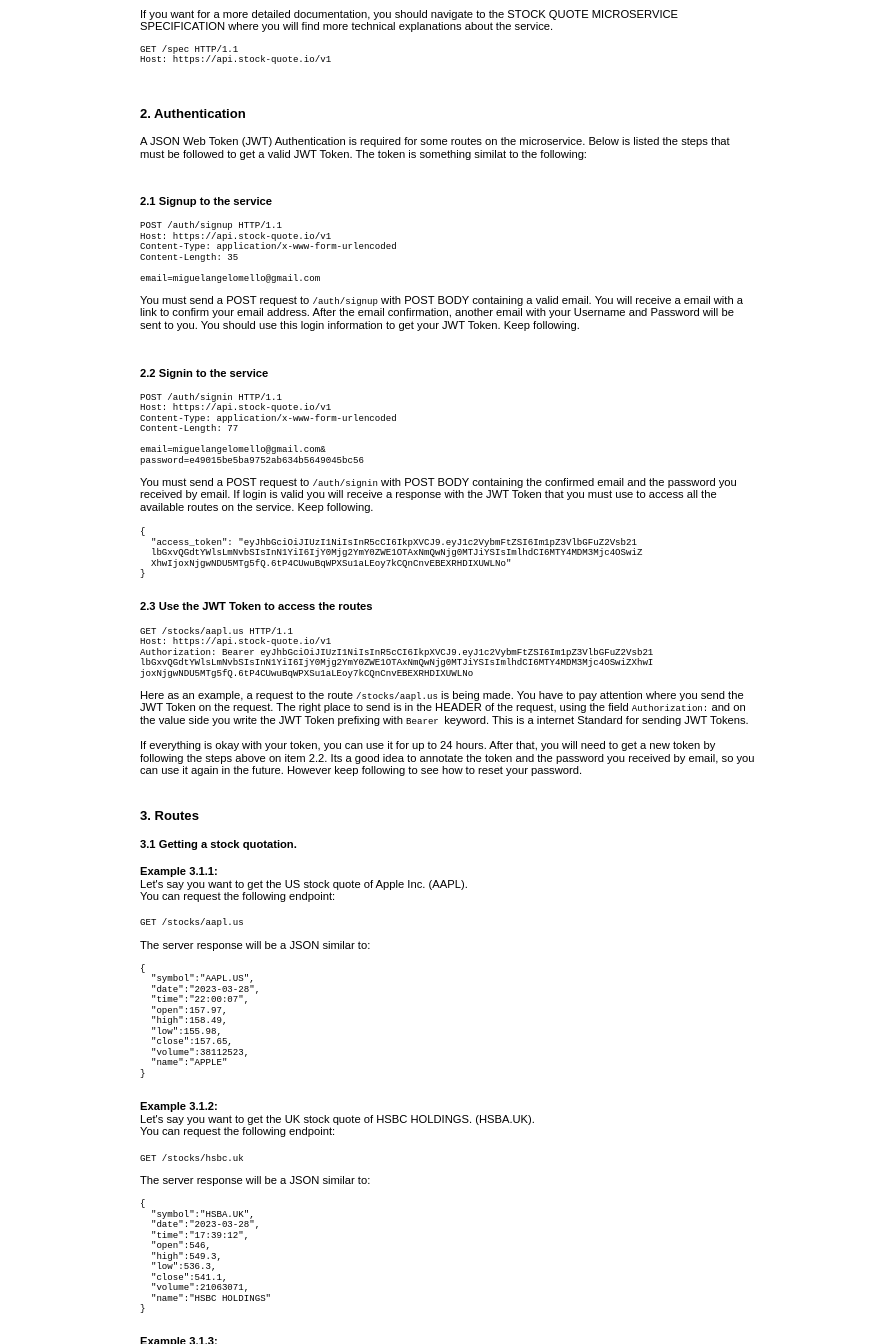
Repository: miguelamello/nest-js
Page: stock-service/documentation.html
An editor plug-in stored every save of this project. The page is shown before and after a run of saves, followed by the edit.
The browser window is 1280 px wide. The pictures show the part of the page from y = 310 to 2230 px (the page is 3294 px tall before and 3364 px after), at 70% of full size.

Above is the page before, as saved 2023-04-02 20:41:54.

### stock-service/documentation.html
<!DOCTYPE html>
<html lang="en">
<head>
  <meta charset="UTF-8">
  <meta http-equiv="X-UA-Compatible" content="IE=edge">
  <meta name="viewport" content="width=device-width, initial-scale=1.0">
  <title>STOCK QUOTE MICROSERVICE</title>
  <style>
    body {
      font-family: Arial, Helvetica, sans-serif;
      padding: 3% 15%;
    }
    h3 {
      margin-top: 5%;
    }
    pre {
      margin: 0;
      overflow: auto;
    }
  </style>
</head>
<body>
  <h2>STOCK QUOTE MICROSERVICE DOCUMENTATION</h2>
  <p>
    This microservice aims to facilitate the acquisition of stock exchange quotes from various
    companies in US and UK. Please follow the documentation to get a complete understanding
    of how the service works.
  </p>

  <h3>1. Entrypoint</h3>
  <code>https://api.stock-quote.io/v1</code>
  <p>
    All routes starts from the entrypoint above. Accessing this entrypoint will
    retrieve the STOCK QUOTE MICROSERVICE DOCUMENTATION in a friendly presentation,
    as easy to read as this page can be.
  </p>

  <p>If you want for a more detailed documentation, you should navigate to the
    STOCK QUOTE MICROSERVICE SPECIFICATION where you will find more technical
    explanations about the service.
  </p>

  <pre>
GET /spec HTTP/1.1
Host: https://api.stock-quote.io/v1
  </pre>

  <h3>2. Authentication</h3>
  <p>A JSON Web Token (JWT) Authentication is required for some routes on the microservice.
    Below is listed the steps that must be followed to get a valid JWT Token. The token is
    something similat to the following:
  </p>

  <p>
    <br><div><b>2.1 Signup to the service</b></div><br>

    <pre>
POST /auth/signup HTTP/1.1
Host: https://api.stock-quote.io/v1
Content-Type: application/x-www-form-urlencoded
Content-Length: 35

email=miguelangelomello@gmail.com
    </pre>

    <div>You must send a POST request to <code>/auth/signup</code> with POST BODY containing a valid email.
      You will receive a email with a link to confirm your email address. After the email confirmation,
      another email with your Username and Password will be sent to you. You should use this login
      information to get your JWT Token. Keep following.</div>
    </div>
  </p>

  <p>
    <br><div><b>2.2 Signin to the service</b></div><br>

    <pre>
POST /auth/signin HTTP/1.1
Host: https://api.stock-quote.io/v1
Content-Type: application/x-www-form-urlencoded
Content-Length: 77

email=miguelangelomello@gmail.com&
password=e49015be5ba9752ab634b5649045bc56
    </pre>

    <div>You must send a POST request to <code>/auth/signin</code> with POST BODY containing the
      confirmed email and the password you received by email. If login is valid you will
      receive a response with the JWT Token that you must use to access all the available
      routes on the service. Keep following.</div>
    </div><br>

    <pre>
{
  "access_token": "eyJhbGciOiJIUzI1NiIsInR5cCI6IkpXVCJ9.eyJ1c2VybmFtZSI6Im1pZ3VlbGFuZ2Vsb21
  lbGxvQGdtYWlsLmNvbSIsInN1YiI6IjY0Mjg2YmY0ZWE1OTAxNmQwNjg0MTJiYSIsImlhdCI6MTY4MDM3Mjc4OSwiZ
  XhwIjoxNjgwNDU5MTg5fQ.6tP4CUwuBqWPXSu1aLEoy7kCQnCnvEBEXRHDIXUWLNo"
}
    </pre>

  </p>

  <p>
    <div><b>2.3 Use the JWT Token to access the routes</b></div><br>

    <pre>
GET /stocks/aapl.us HTTP/1.1
Host: https://api.stock-quote.io/v1
Authorization: Bearer eyJhbGciOiJIUzI1NiIsInR5cCI6IkpXVCJ9.eyJ1c2VybmFtZSI6Im1pZ3VlbGFuZ2Vsb21
lbGxvQGdtYWlsLmNvbSIsInN1YiI6IjY0Mjg2YmY0ZWE1OTAxNmQwNjg0MTJiYSIsImlhdCI6MTY4MDM3Mjc4OSwiZXhwI
joxNjgwNDU5MTg5fQ.6tP4CUwuBqWPXSu1aLEoy7kCQnCnvEBEXRHDIXUWLNo
    </pre>

    <div>Here as an example, a request to the route <code>/stocks/aapl.us</code> is being made.
      You have to pay attention where you send the JWT Token on the request. The right place to
      send is in the HEADER of the request, using the field <code>Authorization:</code> and on the
      value side you write the JWT Token prefixing with <code>Bearer </code> keyword. This is a internet
      Standard for sending JWT Tokens.
    </div><br>

    <div>
      If everything is okay with your token, you can use it for up to 24 hours. After that, you will
      need to get a new token by following the steps above on item 2.2. Its a good idea to annotate
      the token and the password you received by email, so you can use it again in the future. However
      keep following to see how to reset your password.
    </div>
  </p>

  <h3>3. Routes</h3>

  <h4>3.1 Getting a stock quotation.</h4>

  <p>
    <div><b>Example 3.1.1:</b></div>
    <div>Let's say you want to get the US stock quote of Apple Inc. (AAPL).</div>
    <div>You can request the following endpoint:</div><br>
    <code>GET /stocks/aapl.us</code>

    <p>The server response will be a JSON similar to:</p>

    <pre>
{
  "symbol":"AAPL.US",
  "date":"2023-03-28",
  "time":"22:00:07",
  "open":157.97,
  "high":158.49,
  "low":155.98,
  "close":157.65,
  "volume":38112523,
  "name":"APPLE"
}
    </pre>
  </p>
  <p>
    <div><b>Example 3.1.2:</b></div>
    <div>Let's say you want to get the UK stock quote of HSBC HOLDINGS. (HSBA.UK).</div>
    <div>You can request the following endpoint:</div><br>
    <code>GET /stocks/hsbc.uk</code>

    <p>The server response will be a JSON similar to:</p>

    <pre>
{
  "symbol":"HSBA.UK",
  "date":"2023-03-28",
  "time":"17:39:12",
  "open":546,
  "high":549.3,
  "low":536.3,
  "close":541.1,
  "volume":21063071,
  "name":"HSBC HOLDINGS"
}
    </pre>
  </p>

  <p>
    <div><b>Example 3.1.3:</b></div>
    <div>Let's say you want to get the US Nasdaq stock quote of AMERICAN AIRLINES GROUP (AAL.US).</div>
    <div>However you mispelled the symbol.</div><br>
    <code>GET /stocks/aml.us</code>

    <p>The server response will be a JSON similar to:</p>

    <pre>
{
  "statusCode": 400,
  "message": "A valid stock symbol is required."
}
    </pre>

    <p>
      <b>Note:</b> This route require a valid JWT Token to be sent on the request header.
    </p>
  </p>

  <h3>4. Usage examples</h3>

  <p>Testing can be done using many ways depending of the client resources.</p>

  <code>curl -X GET https://api.remote-stock.io/v1/quote/aapl.us</code>
  <div>From command line as above made with CURL in Linux / Unix / IOS</div>
  <br>
  <code>https://api.remote-stock.io/v1/quote/aapl.us</code>
  <div>From any internet browser by just navigating to the endpoint.</div>
  <br>
  <code>const promisse = await fetch(https://api.remote-stock.io/v1/quote/aapl.us)</code>
  <div>From Node.js using fetch or any other fetch implementation.</div>

  <p>
    <b>Note:</b> All responses from endpoints are in JSON format, which are a
    representation of Javascript(ECMAScript) entities like Arrays, Objects,
    Strings, Numbers and so on. Clients must convert JSON to real entities
    on their side.
  </p>

  <h3>5. Error Responses</h3>

  <p>
    Server will respond with an Error Object Literal containing
    the status and the message of error. Errors can be triggered
    by the client itself, for example when sending mistyped endpoints
    or the server itself can trigger a Error when a
    task can not be completed for any reason.
  </p>

  <p>
    <code>{ "statusCode": number, "message": string }</code><br>
    <div>
      The object literal returned will contain two properties:
      "statusCode" with a number and "message" with the human readable text.
    </div>
  </p>

  <p>Exemple Error Message:</p>
  <p>
    <code>
      {"statusCode":400,"message":"Symbol must be a valid quote."}
    </code>
  </p>

  <h3>6. Disclaimer</h3>
  <p>
    This microservice should be used strictly as proposed in this documentation.
    Any usage that is not in accordance with the documentation may result in harmful
    consequences to the user. The authors of this service are not responsible for
    any misuse of the proposed microservice and its consequences. If you have any question,
    suggestion, information regarding the use of this service, please contact
    the authors at <b>developers@remote-stock.io</b>
  </p>

</body>
</html>

After the next 3 saves:
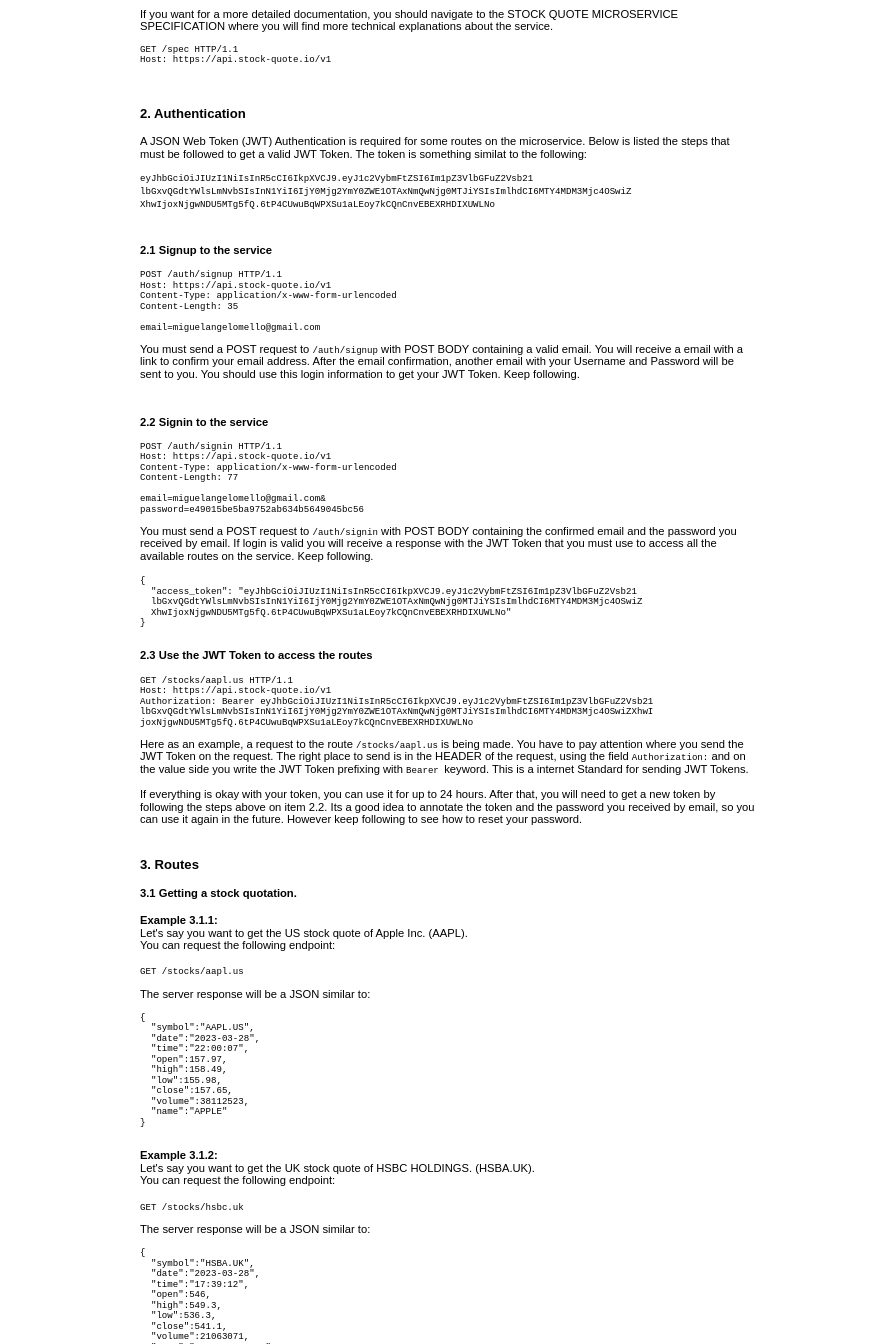
The 3 saves are shown as one change because they came seconds apart.
The last was saved 40 s later.
--- a/stock-service/documentation.html
+++ b/stock-service/documentation.html
@@ -51,6 +51,9 @@ Host: https://api.stock-quote.io/v1
     something similat to the following:
   </p>
 
+  <code>eyJhbGciOiJIUzI1NiIsInR5cCI6IkpXVCJ9.eyJ1c2VybmFtZSI6Im1pZ3VlbGFuZ2Vsb21
+    lbGxvQGdtYWlsLmNvbSIsInN1YiI6IjY0Mjg2YmY0ZWE1OTAxNmQwNjg0MTJiYSIsImlhdCI6MTY4MDM3Mjc4OSwiZ
+    XhwIjoxNjgwNDU5MTg5fQ.6tP4CUwuBqWPXSu1aLEoy7kCQnCnvEBEXRHDIXUWLNo</code>
   <p>
     <br><div><b>2.1 Signup to the service</b></div><br>
 
